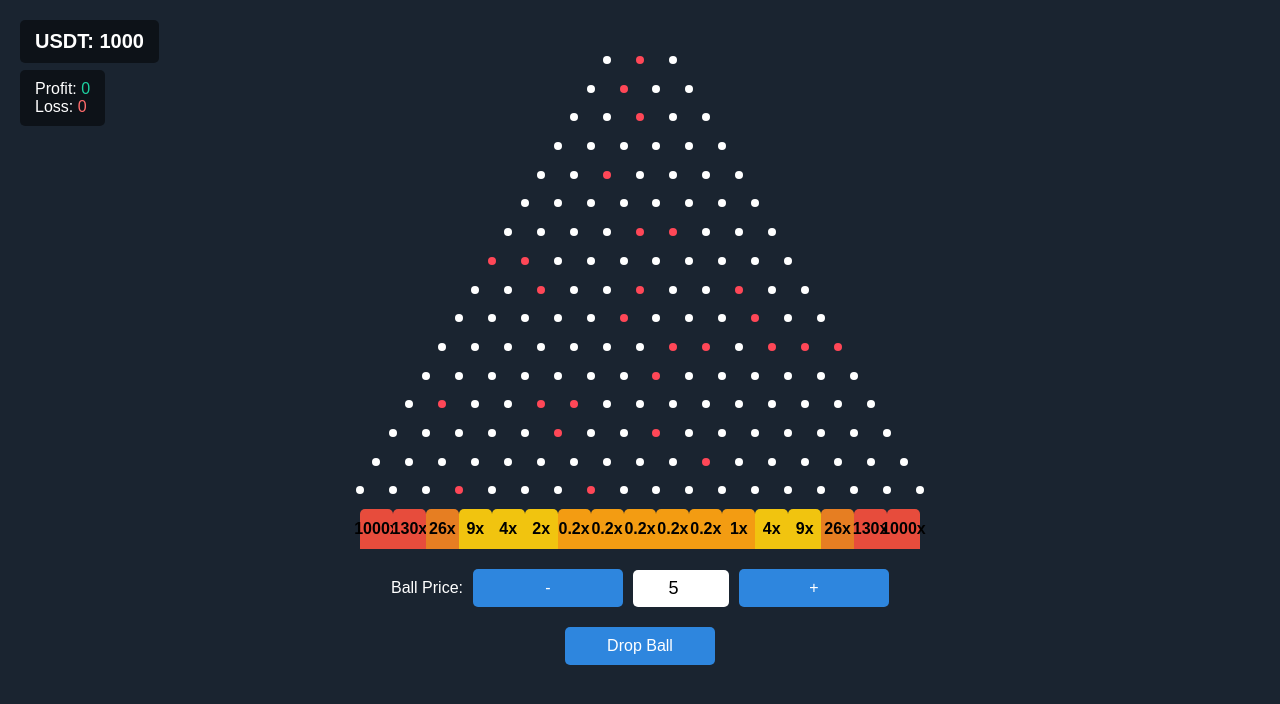
Repository: daffa-alif/PLINKO-JS
Page: plinko.html
These files come from the project's save history. The page is drawn as it stood at one moment and after the next save; the edit follows.
The browser window is 1280 px wide. The pictures show the whole page.

Above is the page before, as saved 2025-03-07 08:10:01.

After the next save:
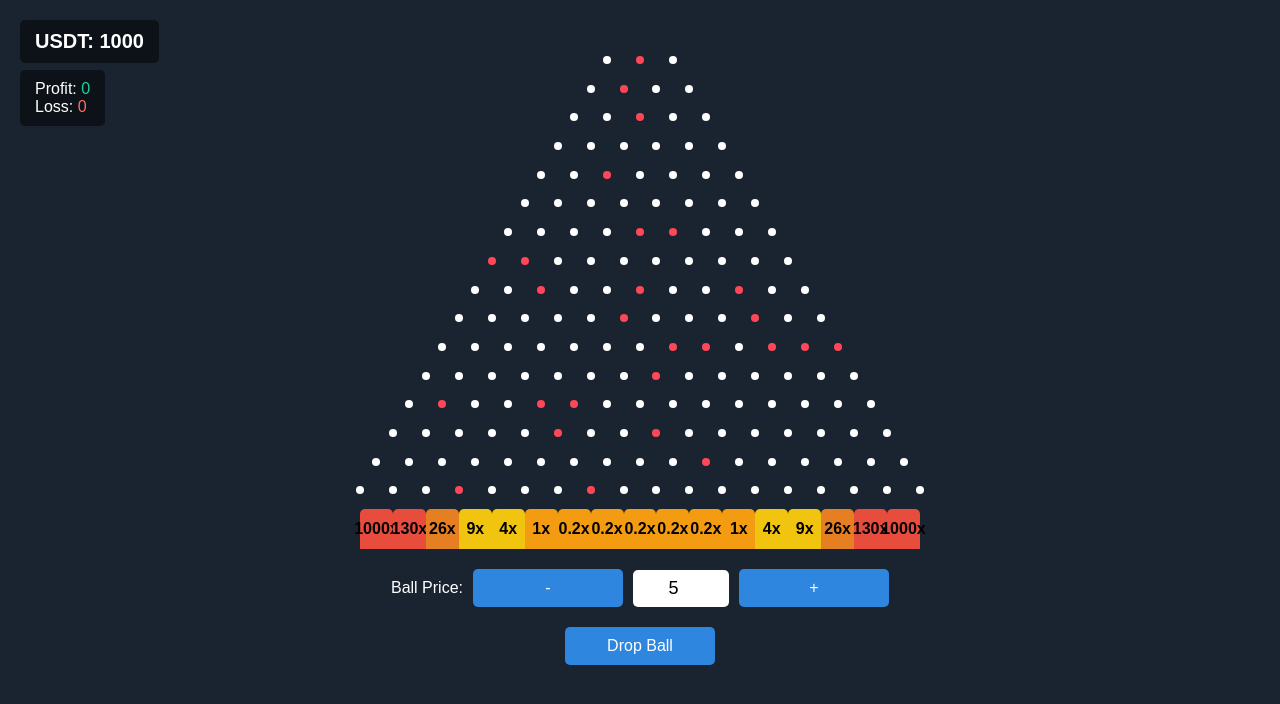
Saved 14 s later.
--- a/plinko.html
+++ b/plinko.html
@@ -213,7 +213,7 @@
             pegInfluence: 0.6,
             maxActiveBalls: 10,
             // Updated multipliers to match the image exactly
-            multipliers: [1000, 130, 26, 9, 4, 2, 0.2, 0.2, 0.2, 0.2, 0.2, 1, 4, 9, 26, 130, 1000],
+            multipliers: [1000, 130, 26, 9, 4, 1, 0.2, 0.2, 0.2, 0.2, 0.2, 1, 4, 9, 26, 130, 1000],
             horizontalSpacingFactor: 1.12
         };
 
